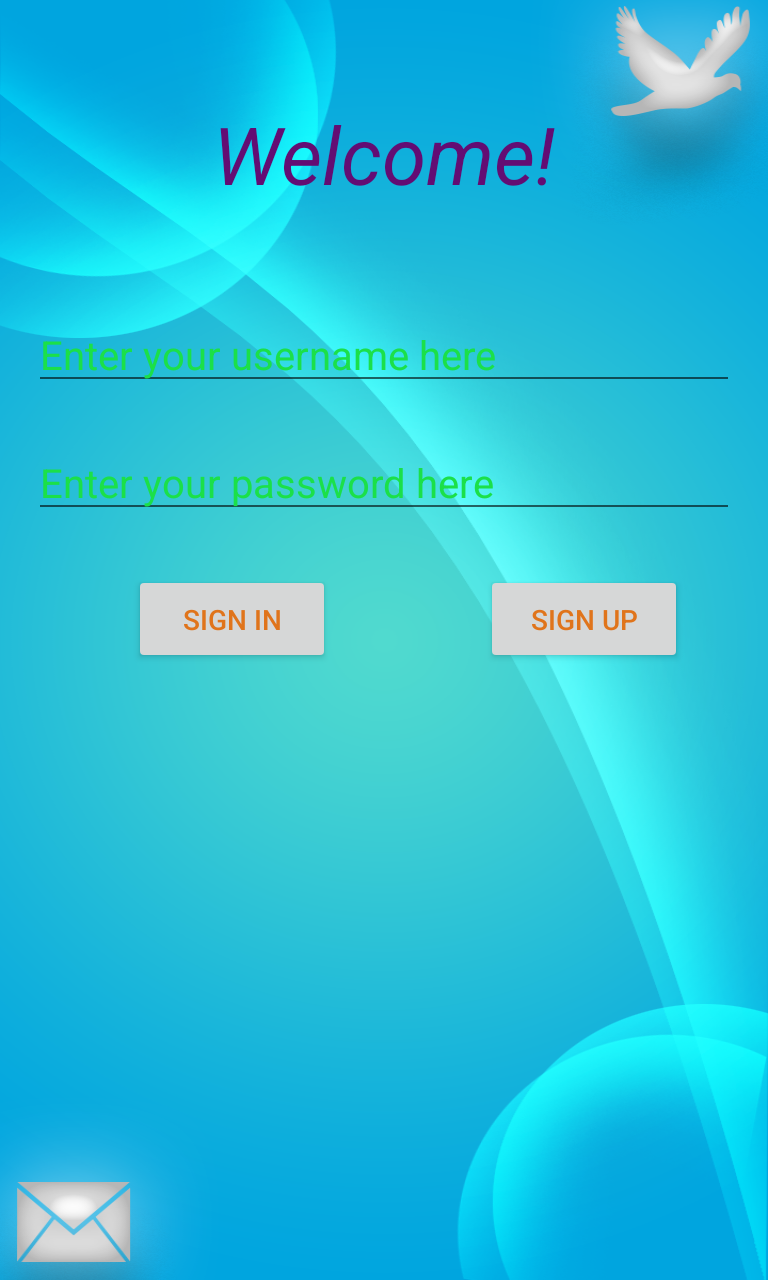
Repository: JodyCoolit/android
Layout: Delivery/res/layout/activity_login.xml
The author's editor kept a copy of each file at every save. The layout is drawn from the files as they stood at one save, then again after the next save.
It is drawn on a 768 x 1280 px phone screen (xhdpi) without system bars, with theme AppTheme; the app's code is not run.

Above is the layout before, as saved 2014-08-25 02:19:14.

### Delivery/res/layout/activity_login.xml
<?xml version="1.0" encoding="utf-8"?>
<LinearLayout xmlns:android="http://schemas.android.com/apk/res/android"
    android:layout_width="match_parent"
    android:layout_height="match_parent"
    android:paddingLeft="16dp"
    android:paddingRight="16dp"
    android:orientation="vertical"
    android:background="@drawable/bg_login"
    >

    <TextView
        android:layout_marginTop="50sp"
        android:layout_width="wrap_content"
        android:layout_height="wrap_content"
        android:text="@string/welcome"
        android:textSize="40sp"
        android:layout_gravity="center"
        android:textStyle="italic"
        android:textColor="#630D73"
         />
	<EditText
	    android:id="@+id/et_login_username"
	    android:singleLine="true"
	    android:textColorHint="#1BE049"
	    android:textColor="#1BE011"
	    android:layout_marginTop="50sp"
	    android:textSize="20sp"
        android:layout_width="match_parent"
        android:layout_height="wrap_content"
        android:hint="@string/hint_username" />
    <EditText
        android:id="@+id/et_login_password"
        android:singleLine="true"
        android:textColor="#1BE011"
        android:textColorHint="#1BE049"
        android:layout_marginTop="20sp"
        android:textSize="20sp"
        android:layout_width="match_parent"
        android:layout_height="wrap_content"
        android:gravity="top"
        android:inputType="textPassword"
        android:hint="@string/hint_password" />
    <CheckBox
        android:id="@+id/cb_rememberMe"
        />
    <LinearLayout
        android:layout_width="match_parent"
    	android:layout_height="wrap_content">
        <Button
            android:id="@+id/btn_signin"
	        android:textColor="#E0741B"
	        android:layout_marginTop="10sp"
	        android:layout_marginLeft="50sp"
	        android:layout_width="100dp"
	        android:layout_height="wrap_content"
	        android:layout_gravity="center"
	        android:text="@string/btn_signin" />

        <ProgressBar
        android:id="@+id/pb_login"
        style="?android:attr/progressBarStyleLarge"
        android:layout_width="wrap_content"
        android:layout_height="wrap_content" />

     	<Button
         	android:id="@+id/btn_signup"
	        android:textColor="#E0741B"
	        android:layout_marginTop="10sp"
	        android:layout_marginLeft="0sp"
	        android:layout_width="100dp"
	        android:layout_height="wrap_content"
	        android:layout_gravity="center"
	        android:text="@string/btn_signup" />
    </LinearLayout>

</LinearLayout>

### Delivery/res/values/strings.xml
<?xml version="1.0" encoding="utf-8"?>
<resources>
    <string name="app_name">Delivery</string>
    <string name="signup">Sign Up</string>

    <!-- LoginActivity -->
    <string name="welcome">Welcome!</string>
	<string name="btn_signin">Sign in</string>
	<string name="btn_signup">Sign up</string>
	<string name="hint_username">Enter your username here</string>
	<string name="hint_password">Enter your password here</string>

	<!--  SignupActivity -->
	<string name="tv_signup_username">Username : </string>
	<string name="tv_signup_password">Password : </string>
	<string name="hint_signup_username">E-mail/Username/IC</string>
	<string name="hint_signup_password">Case Sencetive</string>
	<string name="hint_signup_address">Address for delivery</string>
	<string name="tv_signup_phone">Phone : </string>
	<string name="tv_signup_email">E-mail : </string>
	<string name="tv_signup_address">Address : </string>
	<string name="btn_signup_register">Register Now!</string>
</resources>

Loaded but not shown: Delivery/res/values/styles.xml (common file); Delivery/res/values-v11/styles.xml (common file); Delivery/res/values-v14/styles.xml (common file)

After the next save:
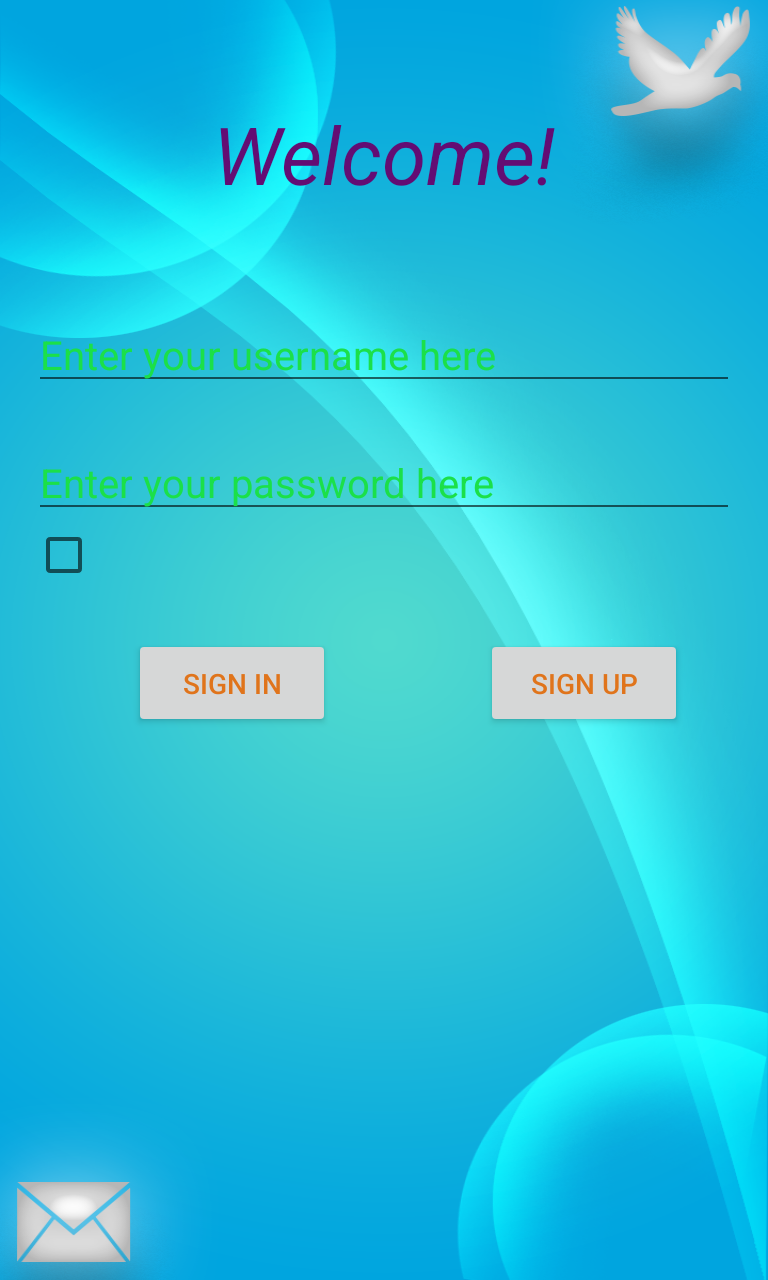
Saved 21 s later.
--- a/Delivery/res/layout/activity_login.xml
+++ b/Delivery/res/layout/activity_login.xml
@@ -42,6 +42,8 @@
         android:hint="@string/hint_password" />
     <CheckBox
         android:id="@+id/cb_rememberMe"
+        android:layout_width="match_parent"
+        android:layout_height="wrap_content"
         />
     <LinearLayout
         android:layout_width="match_parent"
